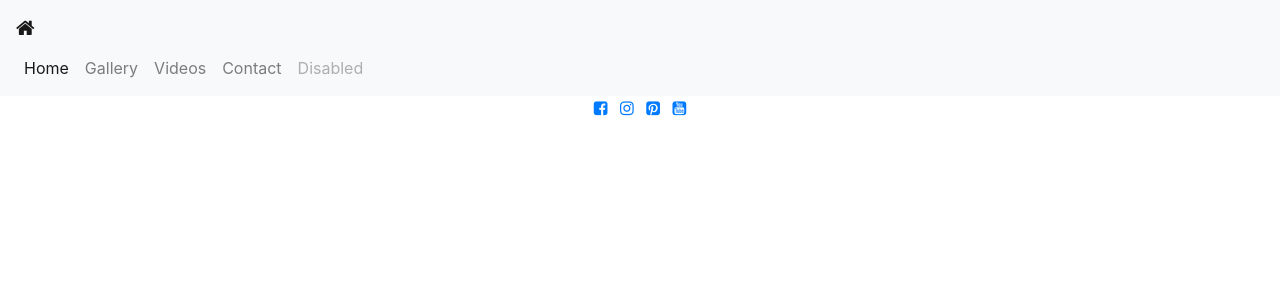
Repository: Sebastian-Torres-Matrix/bucket-list-adventures
Page: index.html
The author's editor kept a record of every edit. The page is drawn from the files as they stood at one moment, then again after the next edit.
The browser window is 1280 px wide. The pictures show the whole page.

Above is the page before.

After the next edit:
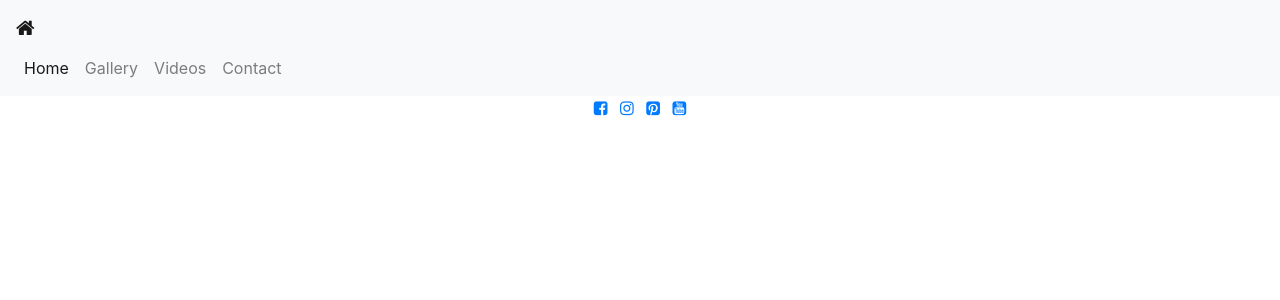
The edit:
--- a/index.html
+++ b/index.html
@@ -32,9 +32,6 @@
       <li class="nav-item">
            <li class="nav-item">
         <a class="nav-link" href="#contact-section">Contact</a>
-      </li>
-      <li class="nav-item">
-        <a class="nav-link disabled" href="#" tabindex="-1" aria-disabled="true">Disabled</a>
       </li>
     </ul>
   </div>
